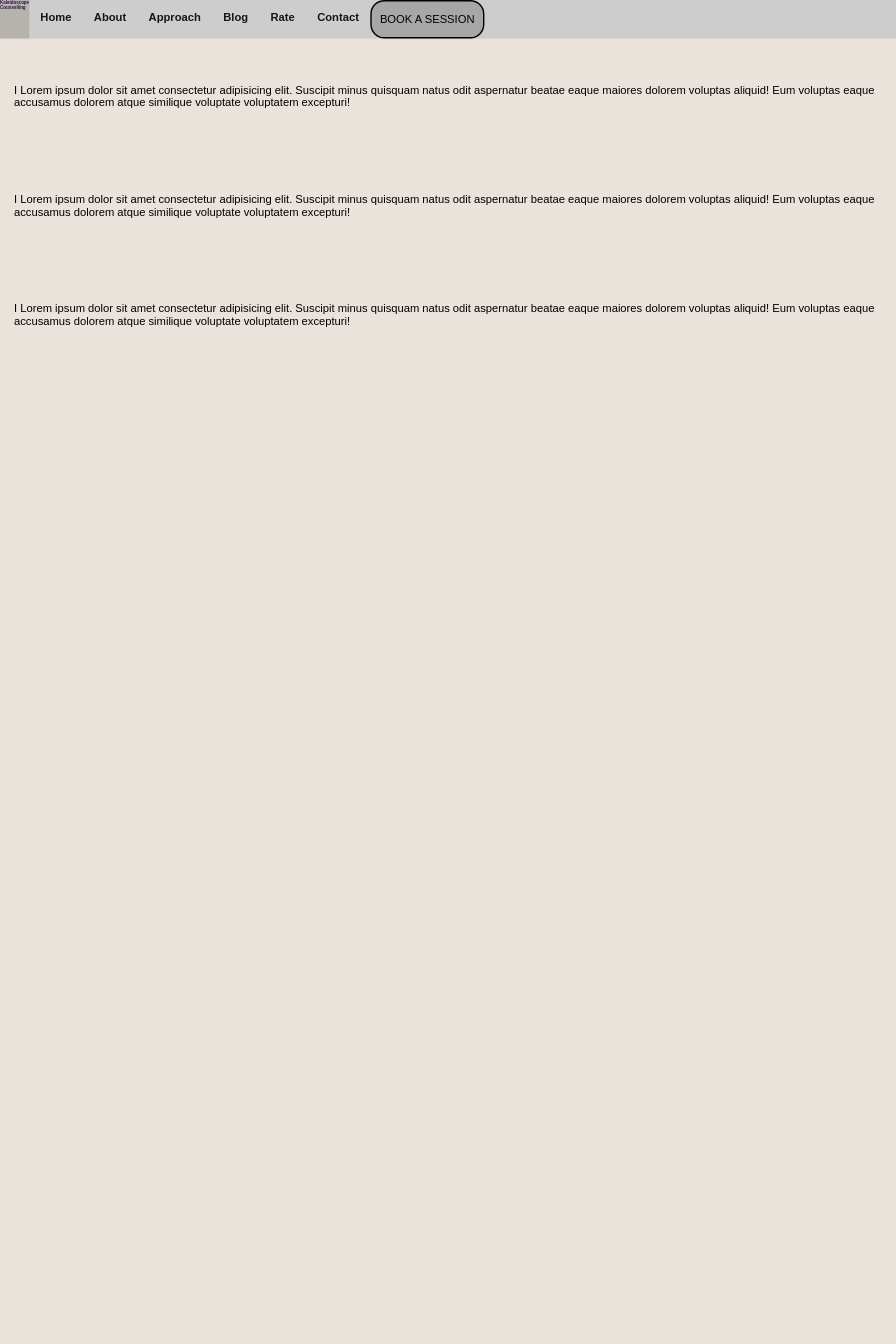
Repository: voutadi/ava-website
Page: index.html
These files come from the project's save history. The page is drawn as it stood at one moment and after the next save; the edit follows.
The browser window is 1280 px wide. The pictures show the part of the page from y = 0 to 1920 px (the page is 3120 px tall), at 70% of full size.

Above is the page before, as saved 2024-07-03 11:26:00.

### index.html
<!DOCTYPE html>
<html lang="en">
  <head>
    <meta charset="UTF-8" />
    <meta name="viewport" content="width=device-width, initial-scale=1.0" />
    <link rel="stylesheet" href="styles/style.css" />

    <title>Kaleidoscope Counselling</title>
  </head>
  <body>
    <header>
      <div class="logo-container">
        <div class="logo">
          Kaleidoscope <br />
          Counselling
        </div>

      </div>
      <nav class="navbar">
        <ul>
          <li><a href="#home">Home</a></li>
          <li><a href="#about">About</a></li>
          <li><a href="#approach">Approach</a></li>
          <li><a href="#blog">Blog</a></li>
          <li><a href="#rate">Rate</a></li>
          <li><a href="#contact">Contact</a></li>
        </ul>
      </nav>
      <button>BOOK A SESSION</button>
    </header>

    <p>
      I Lorem ipsum dolor sit amet consectetur adipisicing elit. Suscipit minus
      quisquam natus odit aspernatur beatae eaque maiores dolorem voluptas
      aliquid! Eum voluptas eaque accusamus dolorem atque similique voluptate
      voluptatem excepturi!
    </p>
    <p>
      I Lorem ipsum dolor sit amet consectetur adipisicing elit. Suscipit minus
      quisquam natus odit aspernatur beatae eaque maiores dolorem voluptas
      aliquid! Eum voluptas eaque accusamus dolorem atque similique voluptate
      voluptatem excepturi!
    </p>
    <p>
      I Lorem ipsum dolor sit amet consectetur adipisicing elit. Suscipit minus
      quisquam natus odit aspernatur beatae eaque maiores dolorem voluptas
      aliquid! Eum voluptas eaque accusamus dolorem atque similique voluptate
      voluptatem excepturi!
    </p>
  </body>
</html>

### styles/style.css
* {
  margin: 0;
  padding: 0;
  box-sizing: border-box;
}
body {
  background-color: rgb(234, 227, 220);
  height: 3000px;
  font-family: Arial, Helvetica, sans-serif;
  font-size: 1rem;
}
header {
  max-width: 100%; /*Make sure Take all of her parent element(body)on all different devices .*/
  height: 55px;
  position: fixed;
  top: 0;
  left: 0;
  right: 0;
  background-color: rgb(206, 205, 205);
  display: flex;
  justify-content: ;


  box-shadow: 0 2px 4px rgba(243, 172, 172, 0.15); /* Adds a subtle shadow for depth, optional */
}
.logo-container {
  max-width: 55px; /* Put condition for smaller or biger divice*/
  background-color: rgb(181, 179, 172);
  height: 100%;
}
.logo {
  color: rgb(50, 21, 77);
  font-size: 0.4rem;
  font-weight: bold;
}

.navbar ul {
  display: flex;
  flex: 1;
  justify-content: center;
  list-style-type: none;
  flex-wrap: wrap;
}
.navbar li {
  margin: 1rem;
}
.navbar a {
  font-size: 1rem;
  color: rgb(23, 22, 22);
  font-weight: 700;

  text-decoration: none;
}
.navbar a:hover {
  background-color: rgb(184, 175, 175);
  padding: 5px 10px;
  border-radius: 16px;
  transition: 0.15s;
}

.navbar a:active {
  background-color: rgb(166, 162, 162);
  padding: 10px 10px;
  border-radius: 16px;
  transition: 0.15s;
}

button {
  background-color: rgb(168, 166, 166);

  font-size: 1rem;
  padding: 8px 12px;
  margin-right: 1.5rem;
  border-width: 2px;
  border-style: solid;
  border-radius: 20px;
  cursor: pointer;
}
button:hover {
  background-color: rgb(187, 181, 181);
  transition: 0.15s;
  padding: 12px 18px;
}
button:active {
  padding: 18px 24px;
}
p {
  margin-top: 120px;
  margin-left: 20px;
}
@media (max-width: 380px) {
  body {
    font-size: 0.35rem;
  } /* Smaller font size */
  button {
    font-size: 0.35rem;
    padding: 2px;
    margin-right: 0.3rem;
    border-radius: 8px;
  }
  button:hover {
    font-size: 0.4rem;
    padding: 2px;
  }
  button:active {
    padding: 3px;
  }
  .navbar li {
    margin: 0.2rem;
  }
  .navbar a {
    font-size: 0.5rem;
  }
}

@media (max-width: 600px) {
  body {
    font-size: 0.5rem;
  } /* Smaller font size */
  button {
    font-size: 0.5rem;
    padding: 2px 4px;
    margin-right: 0.5rem;
    border-radius: 10px;
  }
  button:hover {
    font-size: 0.5rem;
    padding: 2px;
  }
  button:active {
    padding: 3px;
  }
  .navbar li {
    margin: 0.3rem;
  }
  .navbar a {
    font-size: 0.6rem;
  }
}
@media (min-width: 601px) and (max-width: 900px) {
  body {
    font-size: 0.75rem;
  } /* Smaller font size */
  button {
    font-size: 0.75rem;
    padding: 2px 4px;
    margin-right: 0.75rem;
    border-radius: 10px;
  }
  button:hover {
    font-size: 0.75rem;
    padding: 2px;
  }
  button:active {
    padding: 3px;
  }
  .navbar li {
    margin: 0.5rem;
  }
  .navbar a {
    font-size: 0.8rem;
  }
}

After the next save:
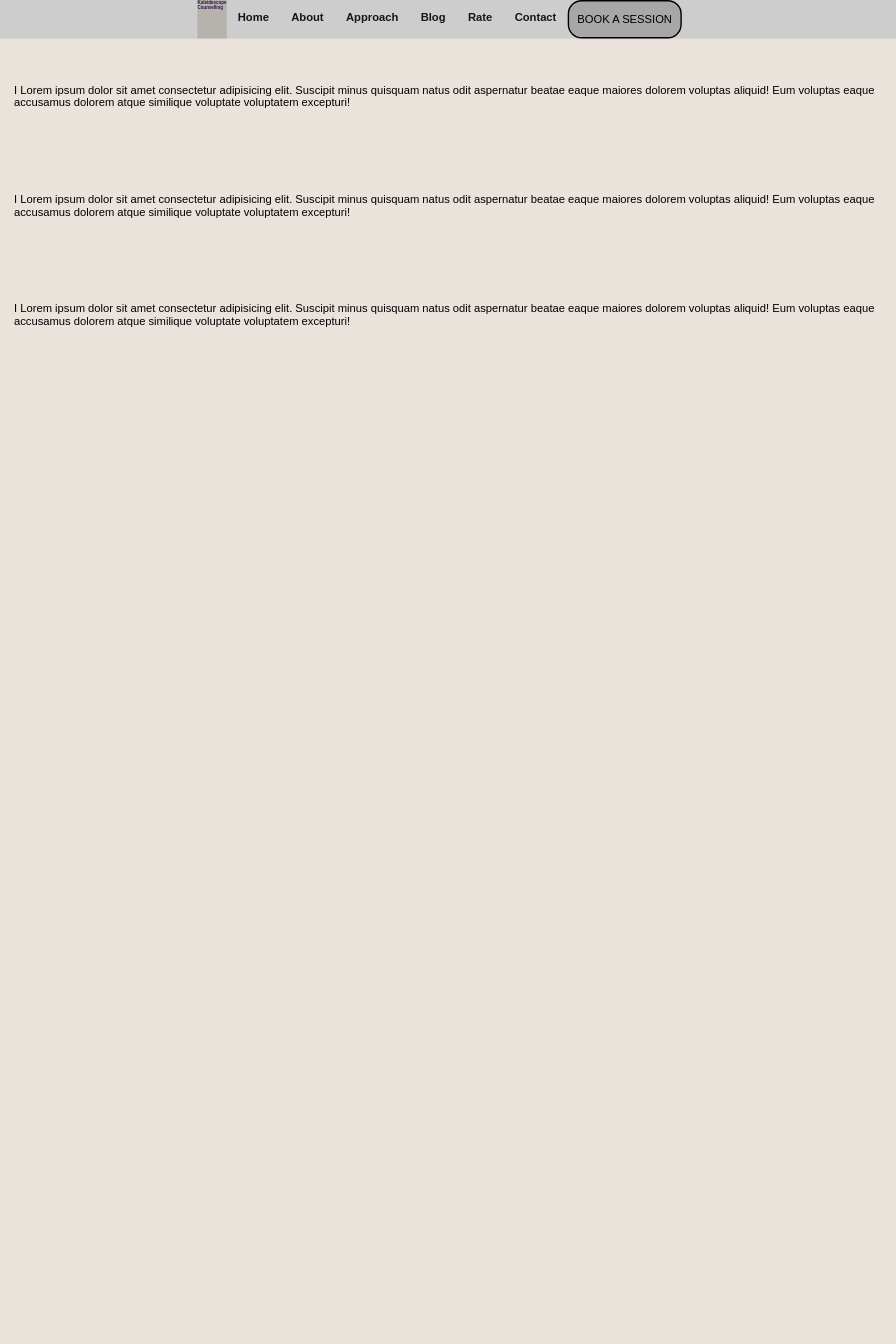
Saved 5 s later.
--- a/styles/style.css
+++ b/styles/style.css
@@ -18,7 +18,7 @@
   right: 0;
   background-color: rgb(206, 205, 205);
   display: flex;
-  justify-content: ;
+  justify-content: center;
 
 
   box-shadow: 0 2px 4px rgba(243, 172, 172, 0.15); /* Adds a subtle shadow for depth, optional */

After the 2 saves that followed:
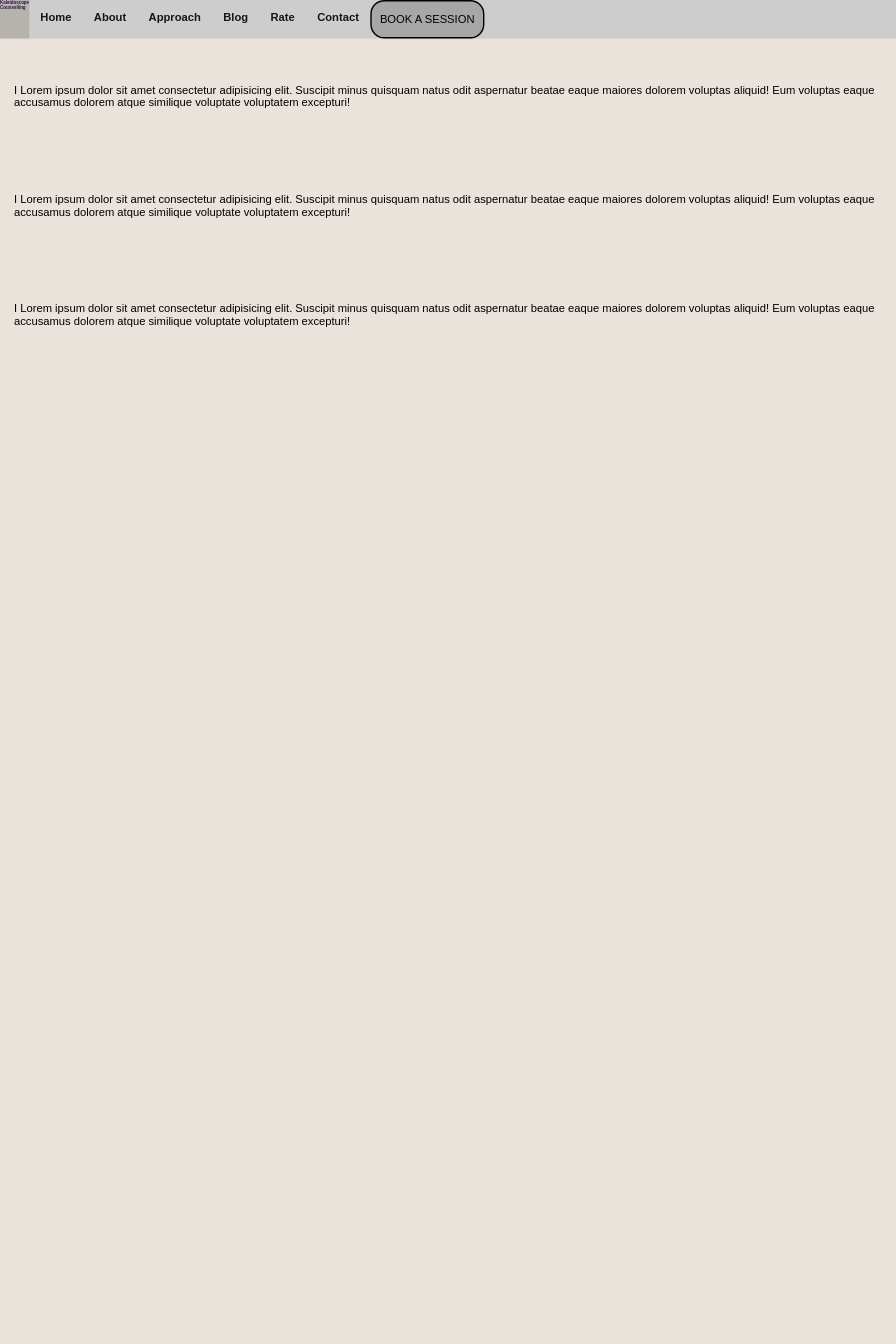
The 2 saves are shown as one change because they came seconds apart.
The last was saved 6 s later.
--- a/styles/style.css
+++ b/styles/style.css
@@ -18,7 +18,7 @@
   right: 0;
   background-color: rgb(206, 205, 205);
   display: flex;
-  justify-content: center;
+  justify-content: s;
 
 
   box-shadow: 0 2px 4px rgba(243, 172, 172, 0.15); /* Adds a subtle shadow for depth, optional */
